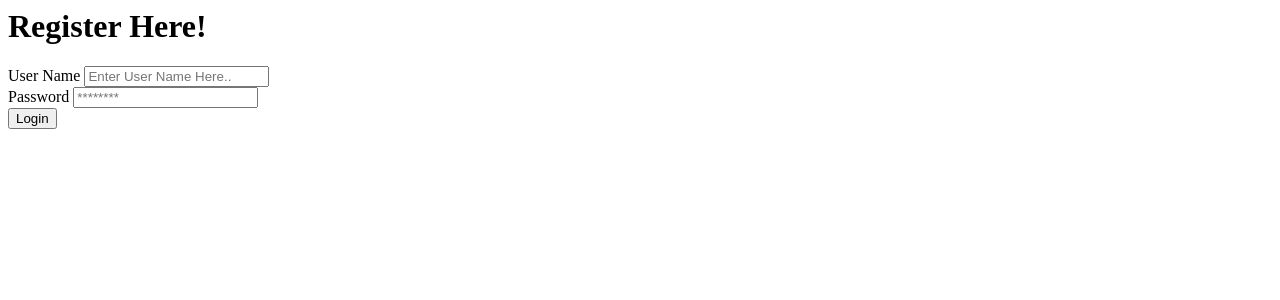
Repository: SmithaMendonca/Project-2
Page: EduCollaborationFrontend/WebContent/c_user/Login.html
These files come from the project's save history. The page is drawn as it stood at one moment and after the next save; the edit follows.
The browser window is 1280 px wide. The pictures show the whole page.

Above is the page before, as saved 2019-07-12 06:21:52.

### EduCollaborationFrontend/WebContent/c_user/Login.html

<div class="container">
    <h1 class="well">Register Here!</h1>
	<div class="col-lg-12 well">
	<div class="row">

	  <div class="col-sm-12">
	     <div class="row">
	        <div class="col-sm-6 form-group">
				<label>User Name</label>
					<input type="text" name="userName" ng-model="userDetail.username" placeholder="Enter User Name Here.." class="form-control">
				</div>
			  </div>

			   <div class="row">
					  <div class="col-sm-6 form-group">
						<label>Password</label>
						<input type="password"  class="form-control" name="password" ng-model="userDetail.password" placeholder="********" id="pass">
					  </div>
					 </div>

				<button type="submit" class="btn btn-lg btn-info" ng-click="checkUser()" value="Register">Login</button>
			</div>

	  </div>
	</div>
</div>

After the next save:
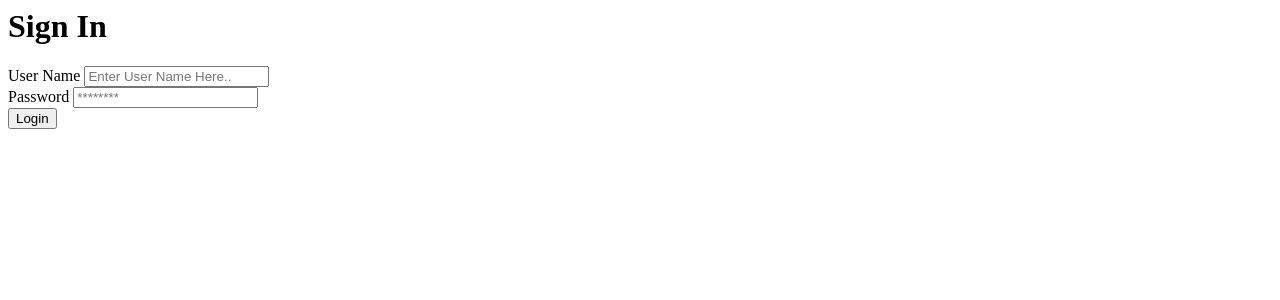
Saved 29 s later.
--- a/EduCollaborationFrontend/WebContent/c_user/Login.html
+++ b/EduCollaborationFrontend/WebContent/c_user/Login.html
@@ -1,6 +1,6 @@
 
 <div class="container">
-    <h1 class="well">Register Here!</h1>
+    <h1 class="well">Sign In</h1>
 	<div class="col-lg-12 well">
 	<div class="row">
 
